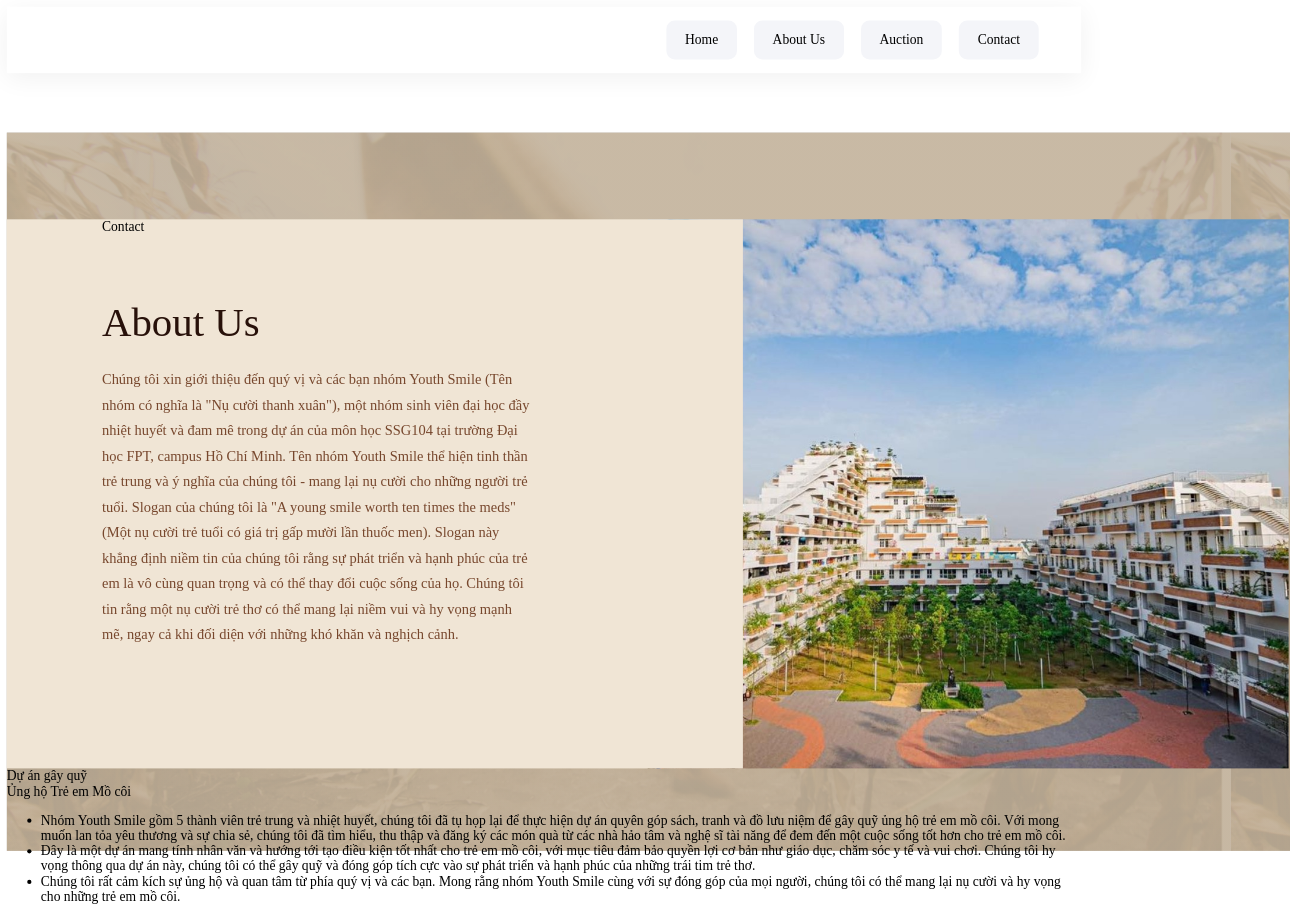
Repository: anatole24/Youth-Smile
Page: about.html
An editor plug-in stored every save of this project. The page is shown before and after the next save, followed by the edit.
The browser window is 1280 px wide. The page is 1518 px wide, so the pictures cover 1518 px, including what lies to the right of the window. The pictures show the whole page, at 85% of full size.
Some web fonts or font styles are not loaded; a fallback is used.

Above is the page before, as saved 2023-06-29 14:43:25.

After the next save:
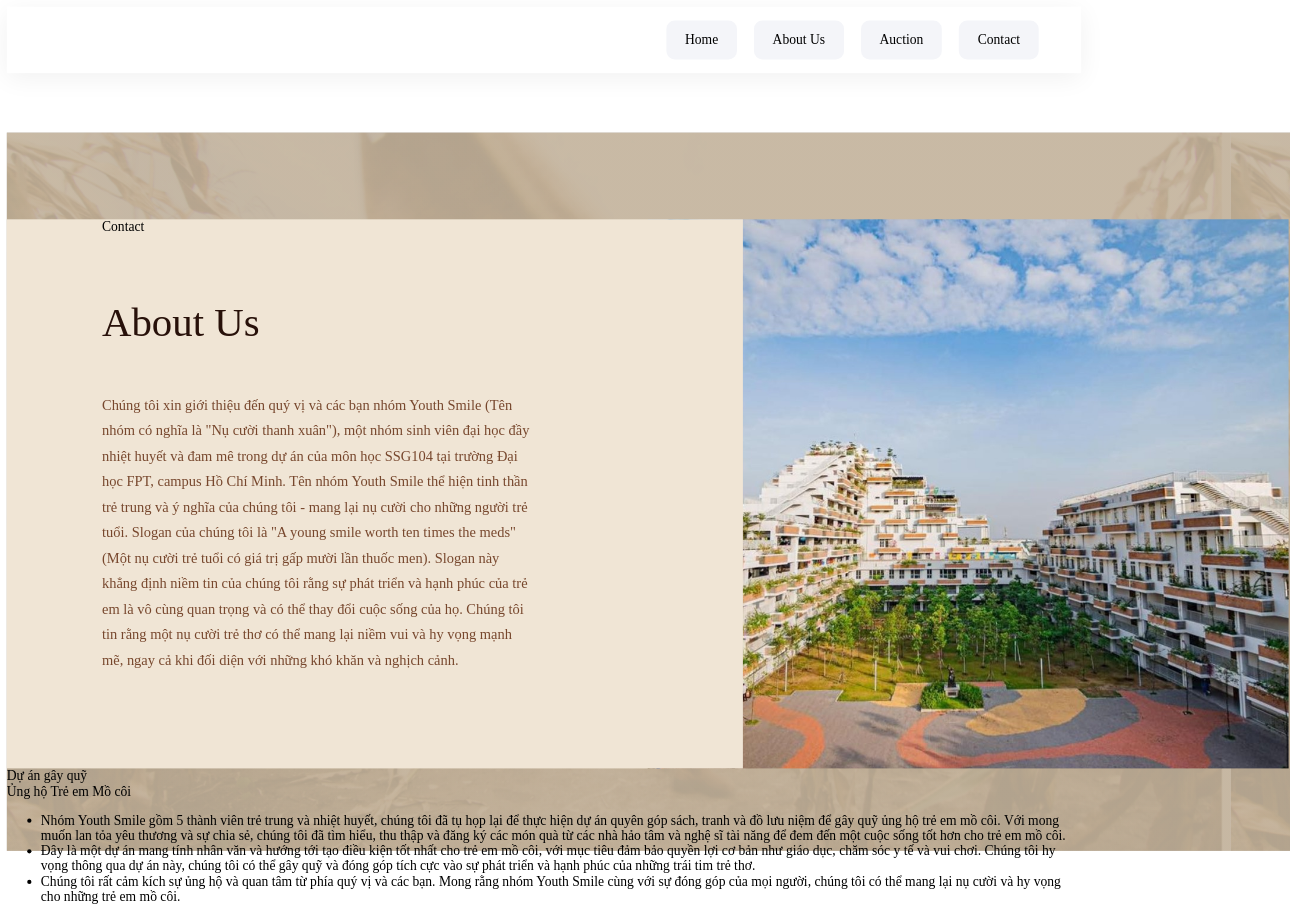
Saved 4 s later.
--- a/about.css
+++ b/about.css
@@ -36,7 +36,7 @@
 .left-content {
   display: flex;
   position: absolute;
-  top: 250px;
+  top: 280px;
   width: 509px;
   height: 178px;
   flex-direction: column;

After the save that followed:
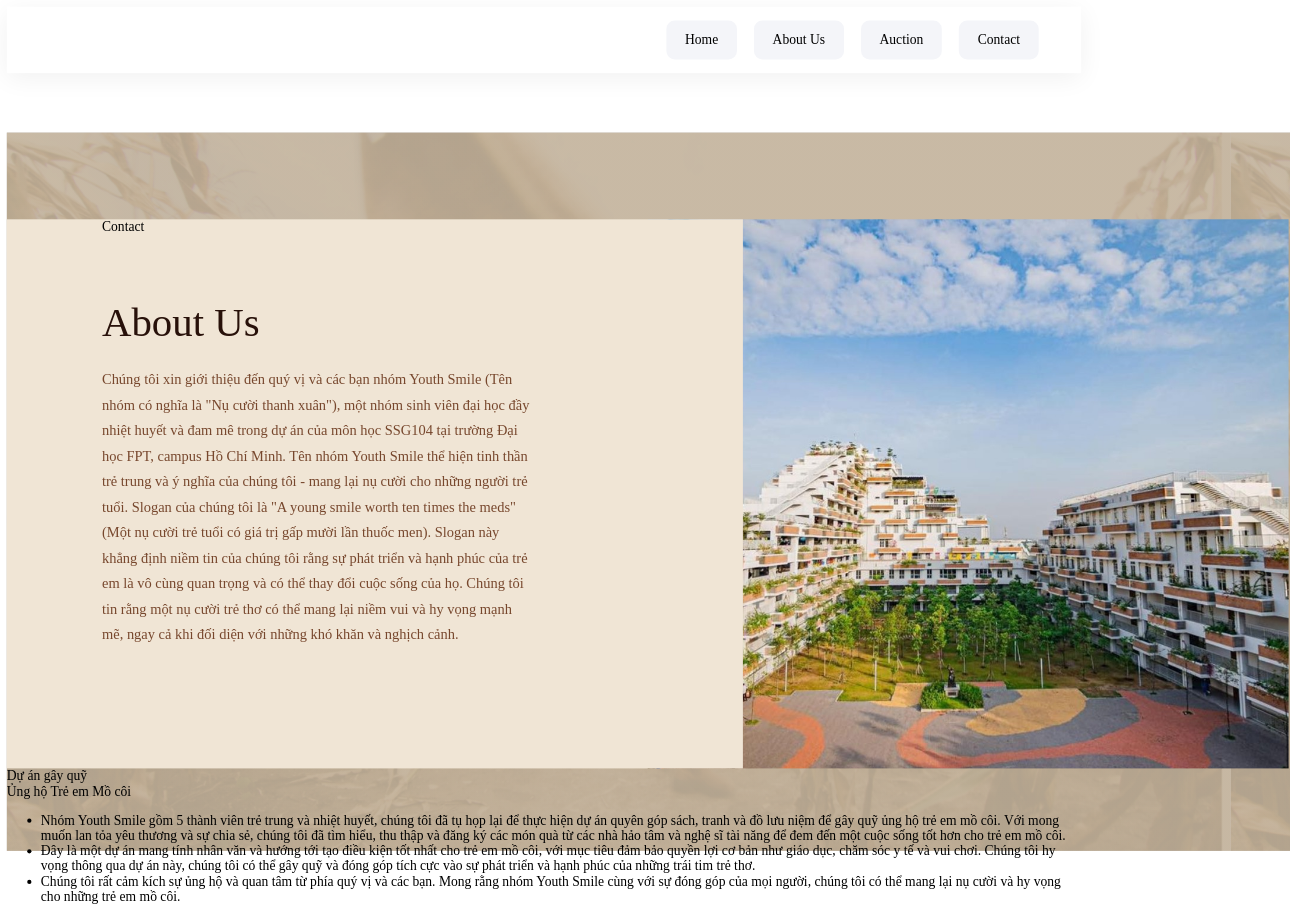
Saved 4 s later.
--- a/about.css
+++ b/about.css
@@ -36,7 +36,7 @@
 .left-content {
   display: flex;
   position: absolute;
-  top: 280px;
+  top: 250px;
   width: 509px;
   height: 178px;
   flex-direction: column;
